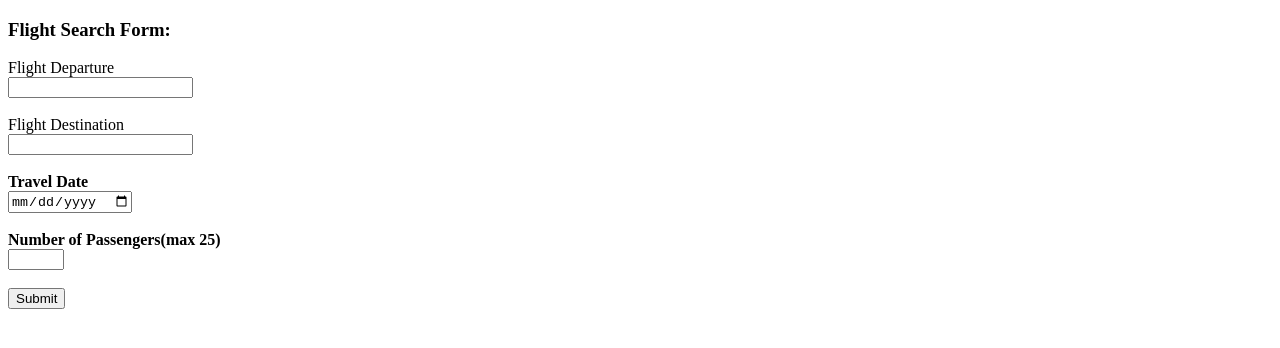
Repository: rkelly7391/SNHU_IT-634-X3894_18TW3
Page: http://localhost/RyanAirlineProject/FlightSearch
These files come from the project's save history. The page is drawn as it stood at one moment and after the next save; the edit follows.
The browser window is 1280 px wide. The pictures show the whole page.
The page is served by Tomcat 9. Other server files are loaded and not shown.

Above is the page before, as saved 2018-03-04 23:24:40.

### RyanAirlineProject/source/production/java/RyanFlightSearchServlet.java
import java.io.IOException;
import java.io.PrintWriter;

import javax.servlet.ServletException;
import javax.servlet.annotation.WebServlet;
import javax.servlet.http.HttpServlet;
import javax.servlet.http.HttpServletRequest;
import javax.servlet.http.HttpServletResponse;

/**
 * Servlet implementation class RyanFlight Will allow the user to search for a
 * flight
 *
 * @author ryan.kelly5
 */
@WebServlet(description = "RyanFlightSearches", urlPatterns = { "/FlightSearch" })
public class RyanFlightSearchServlet extends HttpServlet {
	private static final long serialVersionUID = 1L;


	/**
	 * @see HttpServlet#doGet(HttpServletRequest request, HttpServletResponse
	 *      response)
	 */
	protected void doGet(HttpServletRequest request, HttpServletResponse response)
			throws ServletException, IOException {
		this.showFlightSearch(response);

	}

	protected void doPost(HttpServletRequest request, HttpServletResponse response)
			throws ServletException, IOException {

	}

	private void showFlightSearch(HttpServletResponse response) throws ServletException, IOException {
		PrintWriter writer = this.writeHeader(response);
		//create the xml page for the form.

		writer.append("<h3>Flight Search Form:</h3>\r\n");
        writer.append("<form method=\"POST\" action=\"search\" ")
              .append("enctype=\"multipart/form-data\">\r\n");
        writer.append("<input type=\"hidden\" name=\"action\" ")
              .append("value=\"create\"/>\r\n");
        writer.append("Flight Departure<br/>\r\n");
        writer.append("<input type=\"text\" name=\"customerName\"/><br/><br/>\r\n");
        writer.append("Flight Destination<br/>\r\n");
        writer.append("<input type=\"text\" name=\"subject\"/><br/><br/>\r\n");
        writer.append("<b>Travel Date</b><br/>\r\n");
        writer.append("<input type=\"date\" name=\"travel\"/><br/><br/>\r\n");
        writer.append("<b>Number of Passengers(max 25)</b><br/>\r\n");
        writer.append("<input type=\"number\" name=\"pass\" min=\"1\" max=\"25\"/><br/><br/>\r\n");
        writer.append("<input type=\"submit\" value=\"Submit\"/>\r\n");
//        writer.append("<a href=\"search\"></a>\r\n");
        writer.append("</form>\r\n");

		this.writeFooter(writer);
	}


	private PrintWriter writeHeader(HttpServletResponse response) throws ServletException, IOException {
		response.setContentType("text/html");
		response.setCharacterEncoding("UTF-8");

		PrintWriter writer = response.getWriter();
		writer.append("<!DOCTYPE html>\r\n").append("<html>\r\n").append("    <head>\r\n")
				.append("        <title>Customer Support</title>\r\n").append("    </head>\r\n")
				.append("    <body>\r\n");

		return writer;
	}

	private void writeFooter(PrintWriter writer) {
		writer.append("    </body>\r\n").append("</html>\r\n");
	}

}

After the next save:
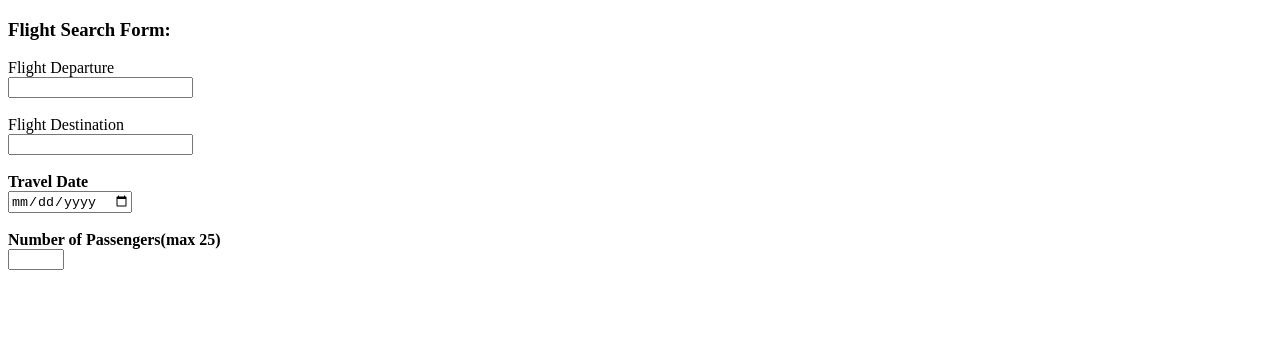
Saved 2 min 14 s later.
--- a/RyanAirlineProject/source/production/java/RyanFlightSearchServlet.java
+++ b/RyanAirlineProject/source/production/java/RyanFlightSearchServlet.java
@@ -50,8 +50,7 @@ public class RyanFlightSearchServlet extends HttpServlet {
         writer.append("<input type=\"date\" name=\"travel\"/><br/><br/>\r\n");
         writer.append("<b>Number of Passengers(max 25)</b><br/>\r\n");
         writer.append("<input type=\"number\" name=\"pass\" min=\"1\" max=\"25\"/><br/><br/>\r\n");
-        writer.append("<input type=\"submit\" value=\"Submit\"/>\r\n");
-//        writer.append("<a href=\"search\"></a>\r\n");
+//        writer.append("<input type=\"submit\" value=\"Submit\"/>\r\n");
         writer.append("</form>\r\n");
 
 		this.writeFooter(writer);
